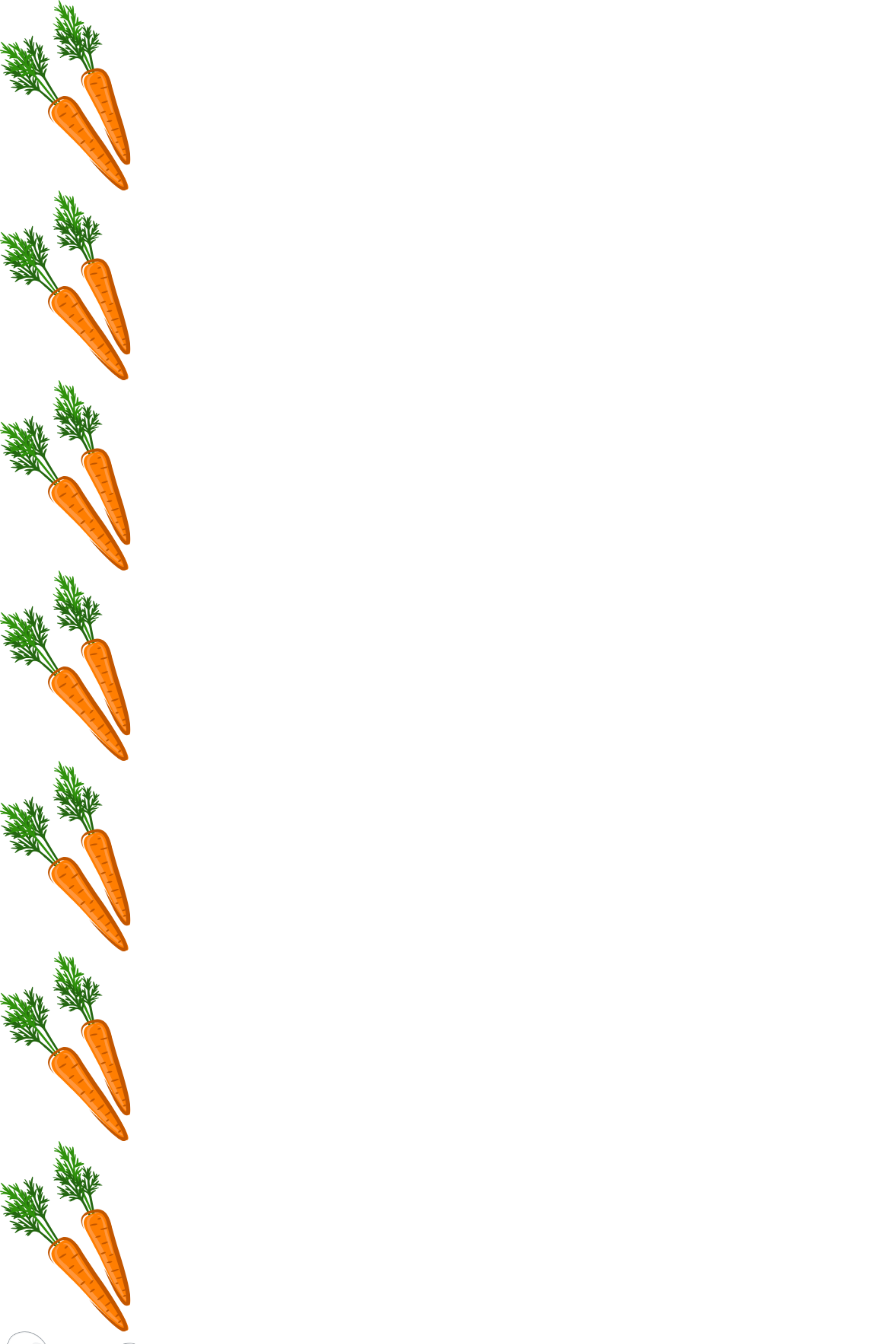
Repository: sephinejo/frontend-browser-101
Page: browser/practice-find-rabbit/index.html
The author's editor kept a copy of each file at every save. The page is drawn from the files as they stood at one save, then again after the next save.
The browser window is 1280 px wide. The pictures show the part of the page from y = 0 to 1920 px (the page is 3224 px tall before and 3869 px after), at 70% of full size.

Above is the page before, as saved 2023-05-10 21:08:15.

### browser/practice-find-rabbit/index.html
<!DOCTYPE html>
<html lang="en">
  <head>
    <meta charset="UTF-8" />
    <meta name="viewport" content="width=device-width, initial-scale=1.0" />
    <title>Scroll</title>
    <style>
      body {
        margin: 0;
        display: flex;
        flex-direction: column;
      }
      img {
        width: 200px;
      }
    </style>
  </head>
  <body>
    <img src="img/carrot.png" alt="carrot" />
    <img src="img/carrot.png" alt="carrot" />
    <img src="img/carrot.png" alt="carrot" />
    <img src="img/carrot.png" alt="carrot" />
    <img src="img/carrot.png" alt="carrot" />
    <img src="img/carrot.png" alt="carrot" />
    <img src="img/carrot.png" alt="carrot" />
    <img src="img/rabbit.png" alt="rabbit" />
    <img src="img/carrot.png" alt="carrot" />
    <img src="img/carrot.png" alt="carrot" />
    <img src="img/carrot.png" alt="carrot" />
    <img src="img/carrot.png" alt="carrot" />

    <script></script>
  </body>
</html>

After the next save:
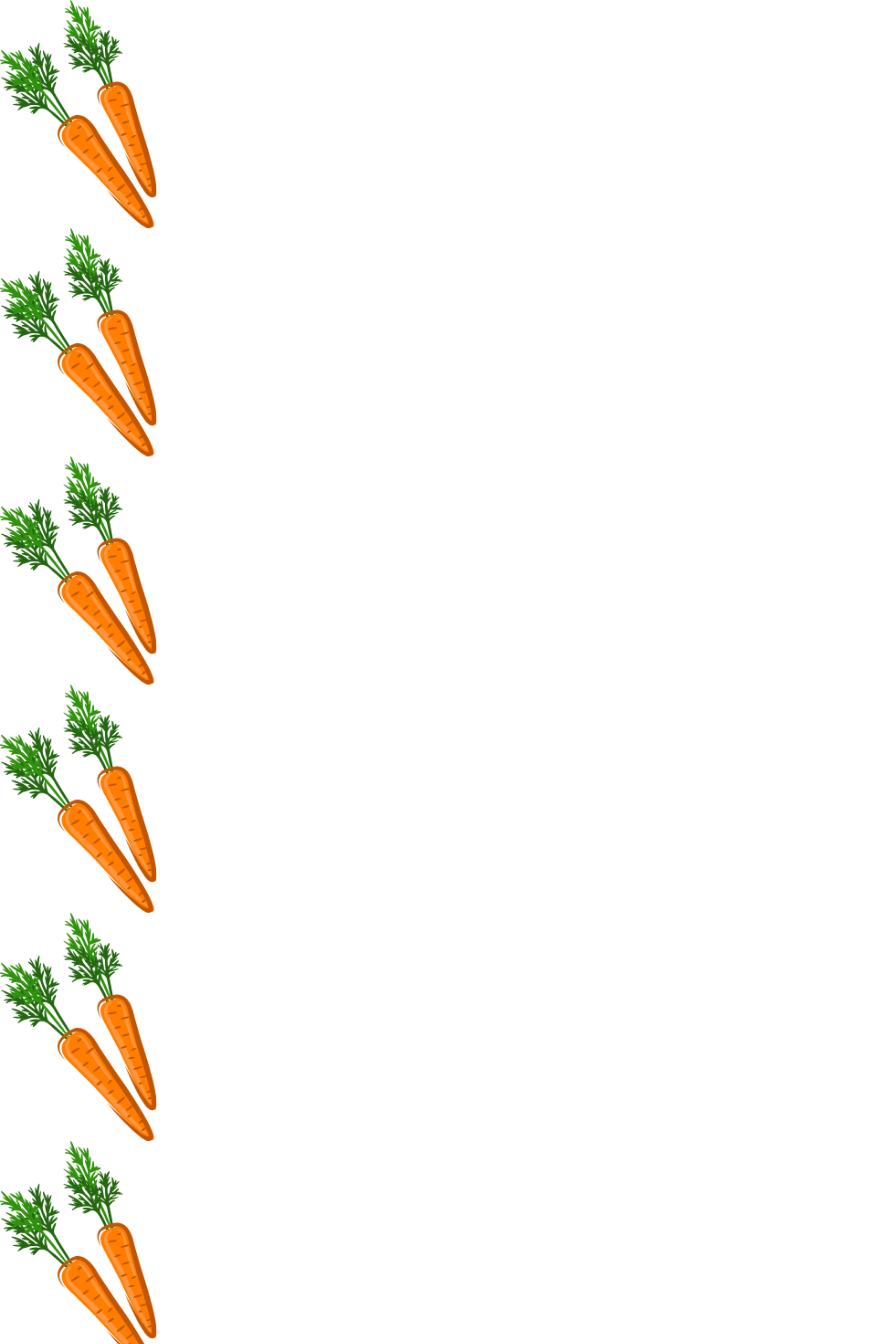
Saved 4 s later.
--- a/browser/practice-find-rabbit/index.html
+++ b/browser/practice-find-rabbit/index.html
@@ -11,7 +11,7 @@
         flex-direction: column;
       }
       img {
-        width: 200px;
+        width: 240px;
       }
     </style>
   </head>
